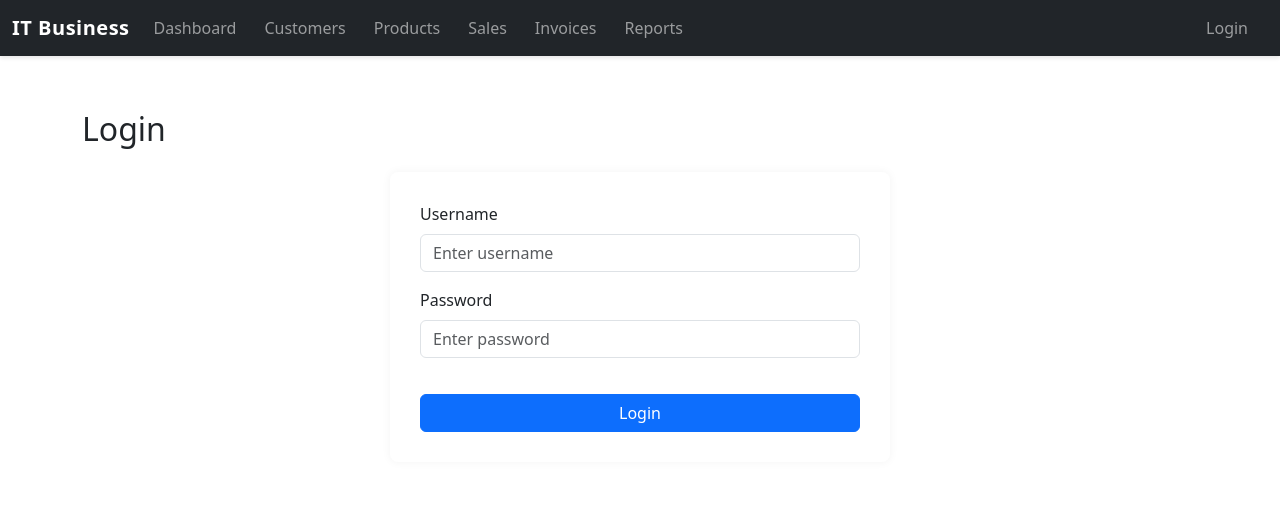
Repository: asmsaifulislam/it_business
Page: http://localhost/login
These files come from the project's save history. The page is drawn as it stood at one moment and after a run of saves; the edit follows.
The browser window is 1280 px wide. The pictures show the whole page.
The page is served by the project's application, run on Flask 3 (app.py). Other server files are loaded and not shown.

Above is the page before, as saved 2025-09-05 01:32:24.

### templates/login.html
{% extends 'base.html' %}

{% block content %}
<div class="login-wrapper">
    <h2 class="mb-4">Login</h2>

    <form method="POST" class="login-form">
        {{ form.hidden_tag() }}

        <div class="mb-3 text-start">
            {{ form.username.label(class="form-label") }}
            {{ form.username(class="form-control", placeholder="Enter username") }}
        </div>

        <div class="mb-3 text-start">
            {{ form.password.label(class="form-label") }}
            {{ form.password(class="form-control", placeholder="Enter password") }}
        </div>

        <div class="d-grid">
            {{ form.submit(class="btn btn-primary") }}
        </div>
    </form>
</div>
{% endblock %}

### templates/base.html
<!DOCTYPE html>
<html lang="en">
<head>
    <meta charset="UTF-8">
    <title>IT Business Management Tool</title>
    <link rel="stylesheet" href="{{ url_for('static', filename='style.css') }}">
    <link href="https://cdn.jsdelivr.net/npm/bootstrap@5.3.0/dist/css/bootstrap.min.css" rel="stylesheet">
</head>
<body>
    <nav class="navbar navbar-expand-lg navbar-dark bg-dark mb-4">
        <div class="container-fluid">
            <a class="navbar-brand" href="{{ url_for('dashboard') }}">IT Business</a>
            <div class="collapse navbar-collapse">
                <ul class="navbar-nav me-auto">
                    <li class="nav-item"><a class="nav-link" href="{{ url_for('dashboard') }}">Dashboard</a></li>
                    <li class="nav-item"><a class="nav-link" href="{{ url_for('customers') }}">Customers</a></li>
                    <li class="nav-item"><a class="nav-link" href="{{ url_for('products') }}">Products</a></li>
                    <li class="nav-item"><a class="nav-link" href="{{ url_for('sales') }}">Sales</a></li>
                    <li class="nav-item"><a class="nav-link" href="{{ url_for('invoice') }}">Invoices</a></li>
                    <li class="nav-item"><a class="nav-link" href="{{ url_for('reports') }}">Reports</a></li>
                </ul>
                <ul class="navbar-nav">
                    {% if session.get('user_id') %}
                        <li class="nav-item"><a class="nav-link" href="{{ url_for('logout') }}">Logout</a></li>
                    {% else %}
                        <li class="nav-item"><a class="nav-link" href="{{ url_for('login') }}">Login</a></li>
                    {% endif %}
                </ul>
            </div>
        </div>
    </nav>

    <div class="container">
        {% with messages = get_flashed_messages() %}
            {% if messages %}
                <div class="alert alert-warning">
                    {% for message in messages %}
                        <div>{{ message }}</div>
                    {% endfor %}
                </div>
            {% endif %}
        {% endwith %}

        {% block content %}{% endblock %}
    </div>

    <script src="https://cdn.jsdelivr.net/npm/bootstrap@5.3.0/dist/js/bootstrap.bundle.min.js"></script>
</body>
</html>

### app.py
from flask import Flask, render_template, redirect, url_for, request, flash, session
from models import db, User, Customer, Product, Sale, Invoice
from config import Config
from forms import LoginForm  # ✅ Import your form class
from werkzeug.security import generate_password_hash, check_password_hash

app = Flask(__name__)
app.config.from_object(Config)
db.init_app(app)

# -------------------- Auth --------------------
@app.route('/login', methods=['GET', 'POST'])
def login():
    form = LoginForm()  # ✅ Create form instance
    if form.validate_on_submit():
        user = User.query.filter_by(username=form.username.data).first()
        if user and check_password_hash(user.password, form.password.data):
            session['user_id'] = user.id
            return redirect(url_for('dashboard'))
        else:
            flash('Invalid credentials')
    return render_template('login.html', form=form)  # ✅ Pass form to template

@app.route('/logout')
def logout():
    session.pop('user_id', None)
    return redirect(url_for('login'))

# -------------------- Dashboard --------------------
@app.route('/')
def dashboard():
    if 'user_id' not in session:
        return redirect(url_for('login'))
    stats = {
        'customers': Customer.query.count(),
        'products': Product.query.count(),
        'sales': Sale.query.count(),
        'invoices': Invoice.query.count()
    }
    return render_template('dashboard.html', stats=stats)

# -------------------- Customers --------------------
@app.route('/customers')
def customers():
    if 'user_id' not in session:
        return redirect(url_for('login'))
    all_customers = Customer.query.all()
    return render_template('customers.html', customers=all_customers)

# -------------------- Products --------------------
@app.route('/products')
def products():
    if 'user_id' not in session:
        return redirect(url_for('login'))
    all_products = Product.query.all()
    return render_template('products.html', products=all_products)

# -------------------- Sales --------------------
@app.route('/sales')
def sales():
    if 'user_id' not in session:
        return redirect(url_for('login'))
    all_sales = Sale.query.all()
    return render_template('sales.html', sales=all_sales)

# -------------------- Invoices --------------------
@app.route('/invoice')
def invoice():
    if 'user_id' not in session:
        return redirect(url_for('login'))
    all_invoices = Invoice.query.all()
    return render_template('invoice.html', invoices=all_invoices)

# -------------------- Reports --------------------
@app.route('/reports')
def reports():
    if 'user_id' not in session:
        return redirect(url_for('login'))
    return render_template('reports.html')

# -------------------- Init --------------------
if __name__ == '__main__':
    with app.app_context():
        db.create_all()
    app.run(debug=True)

### forms.py
from flask_wtf import FlaskForm
from wtforms import StringField, PasswordField, FloatField, IntegerField, SubmitField, SelectField
from wtforms.validators import DataRequired, Email, Length, EqualTo

# -------------------- Login Form --------------------
class LoginForm(FlaskForm):
    username = StringField(
        'Username',
        validators=[DataRequired(), Length(min=3)],
        render_kw={"placeholder": "Enter username"}
    )
    password = PasswordField(
        'Password',
        validators=[DataRequired()],
        render_kw={"placeholder": "Enter password"}
    )
    submit = SubmitField('Login')

# -------------------- Customer Form --------------------
class CustomerForm(FlaskForm):
    name = StringField(
        'Customer Name',
        validators=[DataRequired()],
        render_kw={"placeholder": "Enter full name"}
    )
    email = StringField(
        'Email Address',
        validators=[DataRequired(), Email()],
        render_kw={"placeholder": "Enter email"}
    )
    submit = SubmitField('Add Customer')

# -------------------- Product Form --------------------
class ProductForm(FlaskForm):
    name = StringField(
        'Product Name',
        validators=[DataRequired()],
        render_kw={"placeholder": "Enter product name"}
    )
    price = FloatField(
        'Price ($)',
        validators=[DataRequired()],
        render_kw={"placeholder": "Enter price"}
    )
    submit = SubmitField('Add Product')

# -------------------- Sale Form --------------------
class SaleForm(FlaskForm):
    customer_id = SelectField('Select Customer', coerce=int, validators=[DataRequired()])
    product_id = SelectField('Select Product', coerce=int, validators=[DataRequired()])
    quantity = IntegerField(
        'Quantity',
        validators=[DataRequired()],
        render_kw={"placeholder": "Enter quantity"}
    )
    submit = SubmitField('Record Sale')

# -------------------- Change Password Form --------------------
class ChangePasswordForm(FlaskForm):
    current_password = PasswordField(
        'Current Password',
        validators=[DataRequired()],
        render_kw={"placeholder": "Enter current password"}
    )
    new_password = PasswordField(
        'New Password',
        validators=[DataRequired()],
        render_kw={"placeholder": "Enter new password"}
    )
    confirm_password = PasswordField(
        'Confirm New Password',
        validators=[
            DataRequired(),
            EqualTo('new_password', message='Passwords must match')
        ],
        render_kw={"placeholder": "Confirm new password"}
    )
    submit = SubmitField('Change Password')

### static/style.css
/* Base Reset */
body {
    margin: 0;
    padding: 0;
    font-family: 'Segoe UI', Tahoma, Geneva, Verdana, sans-serif;
    background-color: #f4f6f9;
    color: #212529;
    text-align: center;
}

/* Navbar */
nav.navbar {
    box-shadow: 0 2px 4px rgba(0, 0, 0, 0.1);
}

.navbar-brand {
    font-weight: bold;
    font-size: 1.5rem;
    letter-spacing: 0.5px;
}

.nav-link {
    font-size: 1rem;
    margin-right: 12px;
}

/* Container */
.container {
    padding: 30px 20px;
    max-width: 960px;
    margin: 0 auto;
}

/* Headings */
h2 {
    font-weight: 600;
    color: #2c3e50;
    margin-bottom: 30px;
}

/* Tables */
table {
    font-size: 0.95rem;
    margin: 0 auto;
    width: 100%;
    max-width: 800px;
    border-collapse: collapse;
}

.table th {
    background-color: #2c3e50;
    color: white;
    text-align: center;
    padding: 12px;
}

.table td {
    vertical-align: middle;
    text-align: center;
    padding: 10px;
    background-color: #ffffff;
}

/* Buttons */
.btn {
    font-weight: 500;
    padding: 10px 18px;
    border-radius: 6px;
    margin-top: 20px;
    font-size: 0.95rem;
}

/* Cards */
.card {
    box-shadow: 0 2px 8px rgba(0, 0, 0, 0.08);
    border: none;
    text-align: center;
    border-radius: 8px;
}

.card-header {
    font-weight: 600;
    font-size: 1.1rem;
}

/* Alerts */
.alert {
    font-size: 0.9rem;
    max-width: 600px;
    margin: 0 auto 20px;
}

/* Forms */
form {
    max-width: 500px;
    margin: 0 auto;
    text-align: left;
    background-color: #ffffff;
    padding: 30px;
    border-radius: 8px;
    box-shadow: 0 0 10px rgba(0, 0, 0, 0.05);
}

.form-label {
    font-weight: 500;
    margin-bottom: 6px;
}

.form-control {
    border-radius: 4px;
    font-size: 0.95rem;
    padding: 10px;
    margin-bottom: 15px;
}

/* Badges */
.badge {
    font-size: 0.85rem;
    padding: 6px 10px;
    border-radius: 4px;
}

/* Responsive Enhancements */
@media (max-width: 768px) {
    .container {
        padding: 20px 10px;
    }

    form {
        padding: 20px;
    }

    .btn {
        width: 100%;
    }
}

After the next 3 saves:
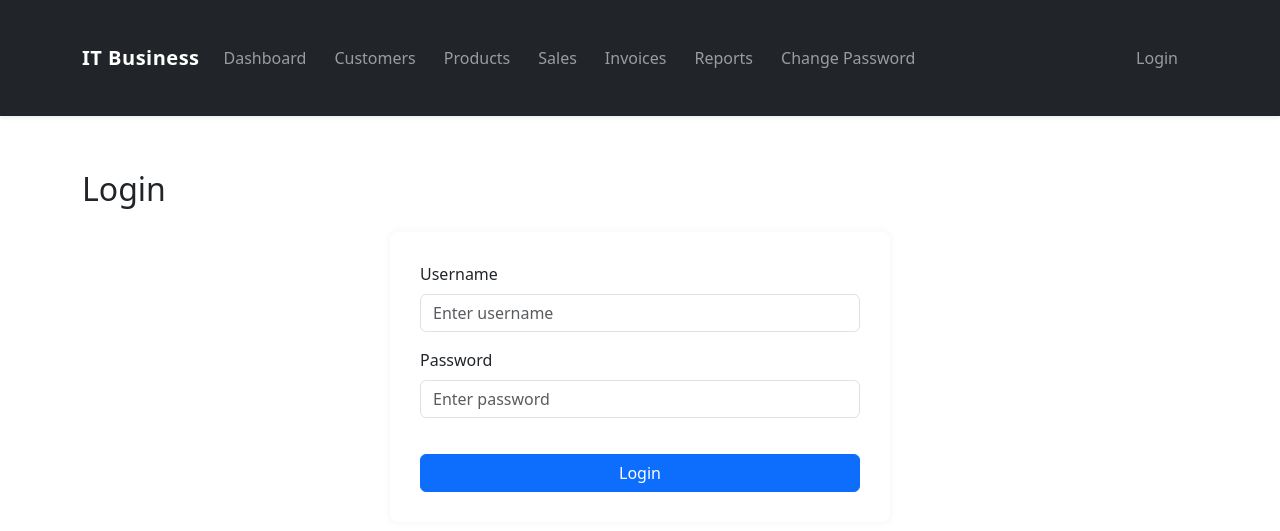
The 3 saves are shown as one change because 1 did not build or start and some came seconds apart.
The last was saved 2 min 5 s later.
--- a/templates/base.html
+++ b/templates/base.html
@@ -3,21 +3,27 @@
 <head>
     <meta charset="UTF-8">
     <title>IT Business Management Tool</title>
+    <meta name="viewport" content="width=device-width, initial-scale=1">
     <link rel="stylesheet" href="{{ url_for('static', filename='style.css') }}">
     <link href="https://cdn.jsdelivr.net/npm/bootstrap@5.3.0/dist/css/bootstrap.min.css" rel="stylesheet">
 </head>
 <body>
-    <nav class="navbar navbar-expand-lg navbar-dark bg-dark mb-4">
-        <div class="container-fluid">
+    <!-- Navbar -->
+    <nav class="navbar navbar-expand-lg navbar-dark bg-dark shadow-sm mb-4">
+        <div class="container">
             <a class="navbar-brand" href="{{ url_for('dashboard') }}">IT Business</a>
-            <div class="collapse navbar-collapse">
-                <ul class="navbar-nav me-auto">
+            <button class="navbar-toggler" type="button" data-bs-toggle="collapse" data-bs-target="#navbarNav">
+                <span class="navbar-toggler-icon"></span>
+            </button>
+            <div class="collapse navbar-collapse justify-content-between" id="navbarNav">
+                <ul class="navbar-nav">
                     <li class="nav-item"><a class="nav-link" href="{{ url_for('dashboard') }}">Dashboard</a></li>
                     <li class="nav-item"><a class="nav-link" href="{{ url_for('customers') }}">Customers</a></li>
                     <li class="nav-item"><a class="nav-link" href="{{ url_for('products') }}">Products</a></li>
                     <li class="nav-item"><a class="nav-link" href="{{ url_for('sales') }}">Sales</a></li>
                     <li class="nav-item"><a class="nav-link" href="{{ url_for('invoice') }}">Invoices</a></li>
                     <li class="nav-item"><a class="nav-link" href="{{ url_for('reports') }}">Reports</a></li>
+                    <li class="nav-item"><a class="nav-link" href="{{ url_for('change_password') }}">Change Password</a></li>
                 </ul>
                 <ul class="navbar-nav">
                     {% if session.get('user_id') %}
@@ -30,10 +36,11 @@
         </div>
     </nav>
 
+    <!-- Flash Messages -->
     <div class="container">
         {% with messages = get_flashed_messages() %}
             {% if messages %}
-                <div class="alert alert-warning">
+                <div class="alert alert-warning text-center">
                     {% for message in messages %}
                         <div>{{ message }}</div>
                     {% endfor %}
@@ -41,9 +48,11 @@
             {% endif %}
         {% endwith %}
 
+        <!-- Page Content -->
         {% block content %}{% endblock %}
     </div>
 
+    <!-- Bootstrap JS -->
     <script src="https://cdn.jsdelivr.net/npm/bootstrap@5.3.0/dist/js/bootstrap.bundle.min.js"></script>
 </body>
 </html>
--- a/app.py
+++ b/app.py
@@ -1,7 +1,7 @@
 from flask import Flask, render_template, redirect, url_for, request, flash, session
 from models import db, User, Customer, Product, Sale, Invoice
 from config import Config
-from forms import LoginForm  # ✅ Import your form class
+from forms import LoginForm, ChangePasswordForm
 from werkzeug.security import generate_password_hash, check_password_hash
 
 app = Flask(__name__)
@@ -11,7 +11,7 @@ db.init_app(app)
 # -------------------- Auth --------------------
 @app.route('/login', methods=['GET', 'POST'])
 def login():
-    form = LoginForm()  # ✅ Create form instance
+    form = LoginForm()
     if form.validate_on_submit():
         user = User.query.filter_by(username=form.username.data).first()
         if user and check_password_hash(user.password, form.password.data):
@@ -19,12 +19,32 @@ def login():
             return redirect(url_for('dashboard'))
         else:
             flash('Invalid credentials')
-    return render_template('login.html', form=form)  # ✅ Pass form to template
+    return render_template('login.html', form=form)
 
 @app.route('/logout')
 def logout():
     session.pop('user_id', None)
     return redirect(url_for('login'))
+
+# -------------------- Change Password --------------------
+@app.route('/change-password', methods=['GET', 'POST'])
+def change_password():
+    if 'user_id' not in session:
+        return redirect(url_for('login'))
+
+    form = ChangePasswordForm()
+    user = User.query.get(session['user_id'])
+
+    if form.validate_on_submit():
+        if not check_password_hash(user.password, form.current_password.data):
+            flash('Current password is incorrect')
+        else:
+            user.password = generate_password_hash(form.new_password.data)
+            db.session.commit()
+            flash('Password updated successfully')
+            return redirect(url_for('dashboard'))
+
+    return render_template('change_password.html', form=form)
 
 # -------------------- Dashboard --------------------
 @app.route('/')
